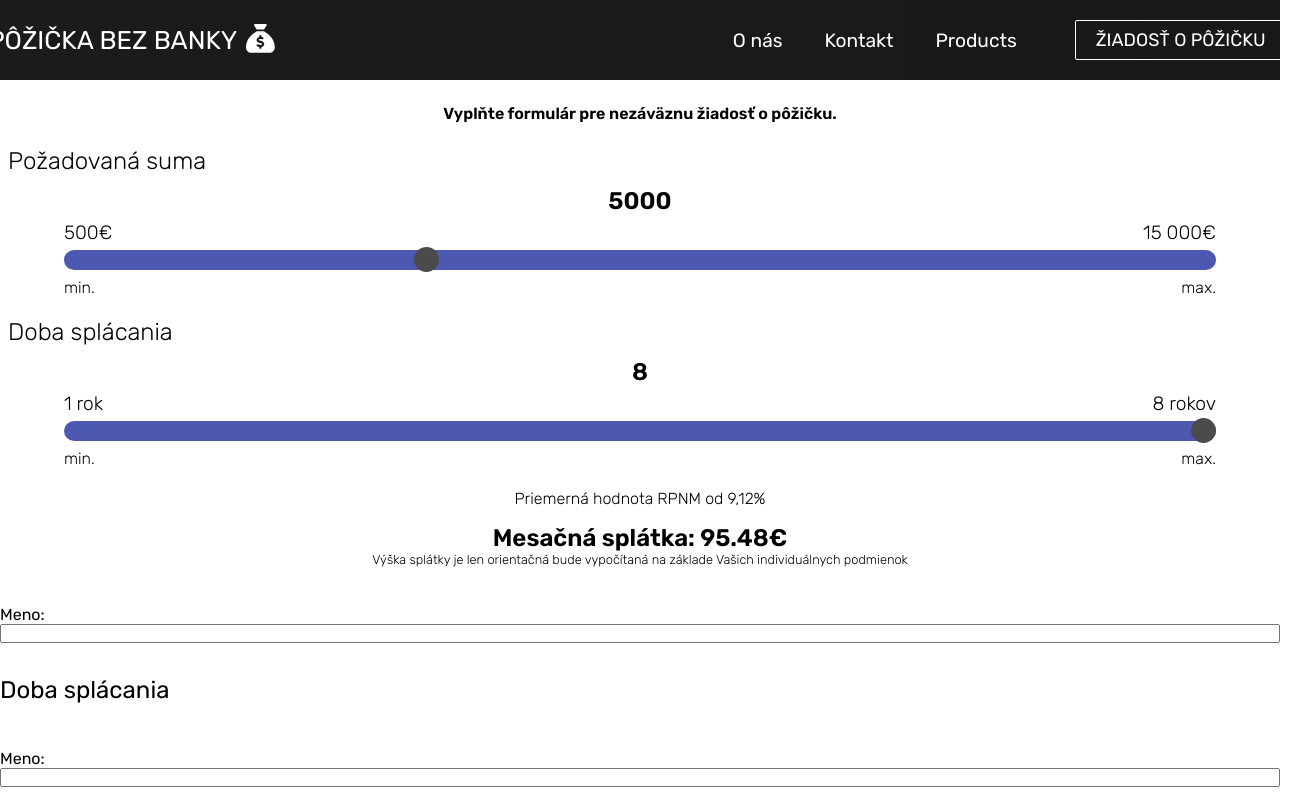
Repository: steve-lgtm/React-website-pozickabezbanky
Page: /ziadost
An editor plug-in stored every save of this project. The page is shown before and after a run of saves, followed by the edit.
The browser window is 1280 px wide. The page is 1305 px wide, so the pictures cover 1305 px, including what lies to the right of the window. The pictures show the whole page.
Some web libraries are served in a nearby version. The project was rebuilt for these pictures with package versions that can differ from the ones it lists, and the page was loaded fresh each time. Also part of the build but not shown: src/components/pages/Home.js, src/components/pages/Kontakt.js, src/components/pages/Products.js.

Above is the page before, as saved 2022-07-09 00:03:16.

### src/App.js
import React from 'react';
import Navbar from './components/Navbar';
import './App.css';
import Home from './components/pages/Home.js';
import { BrowserRouter as Router, Routes, Route } from 'react-router-dom';
import Kontakt from './components/pages/Kontakt';
import Products from './components/pages/Products';
import Ziadost from './components/pages/Ziadost';
import { library } from '@fortawesome/fontawesome-svg-core'
import { fas } from '@fortawesome/free-solid-svg-icons'


library.add(fas)


function App() {
  return (
      <Router>
        <Navbar />
        <Routes>
          <Route path='/' exact element={<Home />} />
          <Route path='/kontakt' element={<Kontakt/>} />
          <Route path='/products' element={<Products/>} />
          <Route path='/ziadost' element={<Ziadost/>} />
        </Routes>
      </Router>
  );
}

export default App;

### src/components/Navbar.js
import React, { useState, useEffect } from 'react';
import { Button } from './Button';
import { Link } from 'react-router-dom';
import './Navbar.css';
import { FontAwesomeIcon } from '@fortawesome/react-fontawesome';

function Navbar() {
  const [click, setClick] = useState(false);
  const [button, setButton] = useState(true);

  const handleClick = () => setClick(!click);
  const closeMobileMenu = () => setClick(false);

  const showButton = () => {
    if (window.innerWidth <= 1040) {
      setButton(false);
    } else {
      setButton(true);
    }
  };

  useEffect(() => {
    showButton();
  }, []);

  window.addEventListener('resize', showButton);

  return (
    <>
      <nav className='navbar'>
        <div className='navbar-container'>
          <Link to='/' className='navbar-logo' onClick={closeMobileMenu}>
            PÔŽIČKA BEZ BANKY
           {/* <FontAwesomeIcon icon="fa-solid fa-money-bill-1-wave" className='nav-icon'/> */}
           <FontAwesomeIcon icon="fa-solid fa-sack-dollar" className='nav-icon' />
          </Link>
          <div className='menu-icon' onClick={handleClick}>
            <i className={click ? 'fas fa-times' : 'fas fa-bars'} />
          </div>
          <ul className={click ? 'nav-menu active' : 'nav-menu'}>
            <li className='nav-item'>
              <Link to='/' className='nav-links' onClick={closeMobileMenu}>
                O nás
              </Link>
            </li>
            <li className='nav-item'>
              <Link
                to='/kontakt'
                className='nav-links'
                onClick={closeMobileMenu}
              >
                Kontakt
              </Link>
            </li>
            <li className='nav-item'>
              <Link
                to='/products'
                className='nav-links'
                onClick={closeMobileMenu}
              >
                Products
              </Link>
            </li>

            <li>
              <Link
                to='/ziadost'
                className='nav-links-mobile'
                onClick={closeMobileMenu}
              >
                ŽIADOSŤ O PÔŽIČKU
              </Link>
            </li>
          </ul>
          {button && <Button buttonStyle='btn--outline'>ŽIADOSŤ O PÔŽIČKU</Button>}
        </div>
      </nav>
    </>
  );
}

export default Navbar;

### src/App.css
@import url('https://fonts.googleapis.com/css2?family=Rubik:wght@300;400;600&display=swap');
* {
  box-sizing: border-box;
  margin: 0;
  padding: 0;
  font-family: 'Rubik', sans-serif;



}

.home,
.services,
.products,
.sign-up {
  display: flex;
  height: 89vh;
  align-items: center;
  justify-content: center;
  font-size: 3rem;
}

.services {
  background-color: blue;
  background-size: cover;
  background-repeat: no-repeat;
  color: rgb(0, 0, 0);
  font-size: 20px;
}

.products {
  background-color: blue;
  background-position: center;
  background-size: cover;
  background-repeat: no-repeat;
  color: #fff;
  font-size: 100 rem;
}

.sign-up {
  background-position: center;
  background-size: cover;
  background-repeat: no-repeat;
  color: rgb(0, 0, 0);
  font-size: 100px;
}
.home {
  background-position: center;
  background-size: cover;
  background-repeat: no-repeat;
  color: rgb(0, 0, 0);
  font-size: 100px;
}

### src/components/pages/Ziadost.js
import React from 'react';
import '../../App.css';
import './Ziadost.css'
import { useState } from 'react';
import { useFormik} from 'formik'

function PMT(ir, np, pv, fv, type) {

  //  * ir   - interest rate per month
  //  * np   - number of periods (months)
   // * pv   - present value
   // * fv   - future value
  //  * type - when the payments are due:
 //   *        0: end of the period, e.g. end of month (default)
  //  *        1: beginning of period

   var pmt, pvif;

   fv || (fv = 0);
   type || (type = 0);

   if (ir === 0)
       return -(pv + fv)/np;

   pvif = Math.pow(1 + ir, np);
   pmt = - ir * pv * (pvif + fv) / (pvif - 1);

   if (type === 1)
       pmt /= (1 + ir);


   return pmt;}

export default function Ziadost() {
  const [mounthAmount, setMounthAmount] = useState(95.48);
  const formik =  useFormik({
    initialValues: {
      amount: 5000,
      period: 8
    }
  });

 const changeAmount = (e) => {
  let urk_sdz = 0.1834;
  if(e.target.name==='amount'){
    let urk_sdz = 0.1834;
    if ( formik.values.period===1) urk_sdz = 0.3910;
    if ( formik.values.period>1 && formik.values.period<6 ) urk_sdz = 0.2098; //0.22;
    if ( formik.values.period>5 && formik.values.period<9 ) urk_sdz = 0.1834;
    let finalAmount = Math.round(PMT(Math.pow((1+urk_sdz),1/12)-1,(formik.values.period*12),-1*e.target.value)*100) /100;
  setMounthAmount(finalAmount)}

  if(e.target.name==='period'){
    if ( e.target.value===1) urk_sdz = 0.3910;
    if ( e.target.value>1 && e.target.value<6 ) urk_sdz = 0.2098; //0.22;
    if ( e.target.value>5 && e.target.value<9 ) urk_sdz = 0.1834;
    let finalAmount = Math.round(PMT(Math.pow((1+urk_sdz),1/12)-1,(e.target.value*12),-1*formik.values.amount)*100) /100;
    setMounthAmount(finalAmount)}
  };
  return (
    <>
      <h1 className='header-form'>
          Vyplňte formulár pre nezáväznu žiadosť o pôžičku.
        </h1>
      <form>
      <div className='container-form'>
        <div className='section-name'>Požadovaná suma</div>
            <h2>{formik.values.amount}</h2>
            <div className="containerslider">
                <div className="pullleft" style={{fontSize:"1.2rem"}}>
                    500€
                </div>
                <div className="pullright" style={{fontSize:"1.2rem"}}>
                    15 000€
                </div>
            <input type="range" name="amount" step="100" min="500" max="15000" onChange={(e) =>{formik.handleChange(e); changeAmount(e)}} value={formik.values.amount} className="slider" id="suma"/>
            <div className="pullleft" style={{fontSize: "1rem"}}>
                min.
            </div>
            <div className="pullright" style={{fontSize: "1rem"}}>
                max.
            </div>
            </div>

       <div className='section-name'>Doba splácania</div>
       <h2>{formik.values.period}</h2>
            <div className="containerslider">
                <div className="pullleft" style={{fontSize:"1.2rem"}}>
                    1 rok
                </div>
                <div className="pullright" style={{fontSize:"1.2rem"}}>
                    8 rokov
                </div>
            <input type="range" name="period" step="1" min="1" max="8" onChange={(e) => {formik.handleChange(e); changeAmount(e)}} value={formik.values.period} className="slider" id="doba"/>
            <div className="pullleft" style={{fontSize: "1rem"}}>
                min.
            </div>
            <div className="pullright" style={{fontSize: "1rem"}}>
                max.
            </div>
            </div>
            <div className="info">
        Priemerná hodnota RPNM od 9,12%
        </div>
        <h2> Mesačná splátka: {mounthAmount}€</h2>
        <div className="info2">
            Výška splátky je len orientačná bude vypočítaná na základe Vašich individuálnych podmienok
        </div>
            </div>
          <div className='personal-data'>
            <div className='personal-data-field'>
          <label for="nameElm">Meno:</label>
      <input required type="text" name="Meno" id="nameid" size="15" maxlength="50" oninvalid="alert('Vyplňte meno!');"/>
      </div>
      <div className='section-name'>Doba splácania</div>
      <div className='personal-data-field'>
      <label for="nameElm">Meno:</label>
      <input required type="text" name="Meno" id="nameid" size="15" maxlength="50" oninvalid="alert('Vyplňte meno!');"/>
            </div>
            </div>
      </form>

    </>
  );
}

### src/components/Button.js
// import React from 'react';
// import './Button.css';
// import { Link } from 'react-router-dom';

// export function Button() {
//   return (
//     <Link to='sign-up'>
//       <button className='btn'>Sign Up</button>
//     </Link>
//   );
// }

import React from 'react';
import './Button.css';
import { Link } from 'react-router-dom';

const STYLES = ['btn--primary', 'btn--outline', 'btn--test'];

const SIZES = ['btn--medium', 'btn--large'];

export const Button = ({
  children,
  type,
  onClick,
  buttonStyle,
  buttonSize
}) => {
  const checkButtonStyle = STYLES.includes(buttonStyle)
    ? buttonStyle
    : STYLES[0];

  const checkButtonSize = SIZES.includes(buttonSize) ? buttonSize : SIZES[0];

  return (
    <Link to='/ziadost' className='btn-mobile'>
      <button
        className={`btn ${checkButtonStyle} ${checkButtonSize}`}
        onClick={onClick}
        type={type}
      >
        {children}
      </button>
    </Link>
  );
};

### src/components/Navbar.css
.navbar {
    background: linear-gradient(90deg, rgb(28, 27, 27) 0%, rgb(26, 23, 23) 100%);
    height: 80px;
    display: flex;
    justify-content: center;
    align-items: center;
    font-size: 1.2rem;
    position: sticky;
    top: 0;
    z-index: 999;
    font-weight: 400;
    white-space: nowrap;
  }

  .navbar-container {
    display: flex;
    justify-content: center;
    align-items: center;
    height: 80px;
    max-width: 1500px;
  }

  .navbar-logo {
    color: #fff;
    justify-self: start;
    margin-left: 0.5em;
    cursor: pointer;
    text-decoration: none;
    font-size: 1.6rem;
    display: flex;
    align-items: center;

  }

  .nav-icon {
    margin-left: 0.3em;
    margin-bottom: 0.1em;
    font-size: 1.8rem;
  }

  .nav-menu {
    display: grid;
    grid-template-columns: repeat(4, auto);
    grid-gap: 10px;
    list-style: none;
    text-align: center;
    width: 60vw;
    justify-content: end;
    margin-right: 2rem;
  }

  .nav-item {
    height: 3.5em;
  }

  .nav-links {
    color: #fff;
    display: flex;
    align-items: center;
    text-decoration: none;
    padding: 0.5rem 1rem;
    height: 100%;
  }

  .nav-links:hover {
    border-bottom: 4px solid #fff;
    transition: all 0.2s ease-out;
  }

  .fa-bars {
    color: rgb(255, 255, 255);
  }

  .nav-links-mobile {
    display: none;
  }

  .menu-icon {
    display: none;
  }

  @media screen and (max-width: 1040px) {
    .NavbarItems {
      position: relative;
    }

    .nav-menu {
      display: flex;
      flex-direction: column;
      justify-content: flex-start;
      width: 100%;
      height: 100vh;
      position: absolute;
      top: 80px;
      left: -100%;
      opacity: 1;
      transition: all 0.5s ease;
    }

    .nav-menu.active {
      background: #242222;
      left: 0;
      opacity: 1;
      transition: all 0.5s ease;
      z-index: 1;
    }

    .nav-links {
      font-size: 1.5rem;
      text-align: center;
      padding: 2rem;
      width: 100%;
      display: table;
    }

    .nav-links:hover {
      background-color: #fff;
      color: #242424;
      border-radius: 0;
    }

    .navbar-logo {
      float: left;}

    .navbar {
      justify-content: flex-start;
    }
    .navbar-container {
      float: left;
    }
    .menu-icon {
      display: block;
      position: absolute;
      top: 0;
      right: 0;
      transform: translate(-100%, 60%);
      font-size: 1.8rem;
      cursor: pointer;
    }

    .fa-times {
      color: #fff;
      font-size: 2rem;
    }

    .nav-links-mobile {
      display: block;
      text-align: center;
      margin: 2rem auto;
      border-radius: 4px;
      width: 80%;
      text-decoration: none;
      font-size: 1.5rem;
      background-color: transparent;
      color: #fff;
      padding: 14px 20px;
      border: 1px solid #fff;
      transition: all 0.3s ease-out;
    }

    .nav-links-mobile:hover {
      background: #fff;
      color: #242424;
      transition: 250ms;
    }
  }

### src/components/pages/Ziadost.css

.container-form {
margin: 0.5em;
display: flex;
flex-direction: column;
align-items: center;
font-weight: 300;
}
.pullleft{
    margin-top:0.3em;
    margin-bottom: 0.3em;
    float: left;

}
.pullright{
    margin-top:0.3em;
    margin-bottom: 0.3em;
    float: right;
}

.containerslider {
    width: 90vw;
    margin-bottom: 1em;
}
.header-form {
    text-align: center;
    font-size: 1rem;
    padding: 1em;
    padding-top: 1.5em;
}
.info{
    font-size: 1rem;
    color:black;
    text-align: center;
    margin-bottom: 1em;
}
.info2{
    font-size: 0.8rem;
    color:black;
    text-align: center;
    margin-bottom: 1em;
}
.slider {
    -webkit-appearance: none;
    width: 100%;
    height: 20px;
    background: #021391;
    outline: none;
    opacity: 0.7;
    -webkit-transition: .2s;
    transition: opacity .2s;
    border-radius: 1em;

  }
.section-name {
    align-self: flex-start;
    font-size: 1.5em;
    margin-bottom: 0.5em;
}

  .slider::-webkit-slider-thumb {
    -webkit-appearance: none;
    appearance: none;
    width: 25px;
    height: 25px;
    background: #000000;
    cursor: pointer;
    border-radius: 40px;
  }

  .slider::-moz-range-thumb {
    width: 25px;
    height: 25px;
    background: #000000;
    cursor: pointer;
  }
.arrow{
    width: 70px;
    margin-bottom: -1em;
}

.personal-data{
    display: flex;
    flex-direction: column;
    justify-content:space-around;
    height: 30vh;
}
.personal-data-field{
    display: flex;
    flex-direction: column;

}

### src/components/Button.css
:root {
  --primary: #fff;
}

.btn {
  padding: 8px 20px;
  border-radius: 2px;
  outline: none;
  border: none;
  cursor: pointer;
}

.btn--primary {
  background-color: var(--primary);
  color: #242424;
  border: 1px solid var(--primary);
}

.btn--outline {
  background-color: transparent;
  color: #fff;
  padding: 8px 20px;
  border: 1px solid var(--primary);
  transition: all 0.3s ease-out;
}

.btn--medium {
  margin-right: 1em;
  padding: 8px 20px;
  font-size: 18px;
}

.btn--large {
  padding: 12px 26px;
  font-size: 20px;
}

.btn--large:hover,
.btn--medium:hover {
  transition: all 0.3s ease-out;
  background: #fff;
  color: #242424;
  transition: 250ms;
}

Loaded but not shown: public/index.html (common file); src/index.js (common file); src/index.css (common file)

After the next 2 saves:
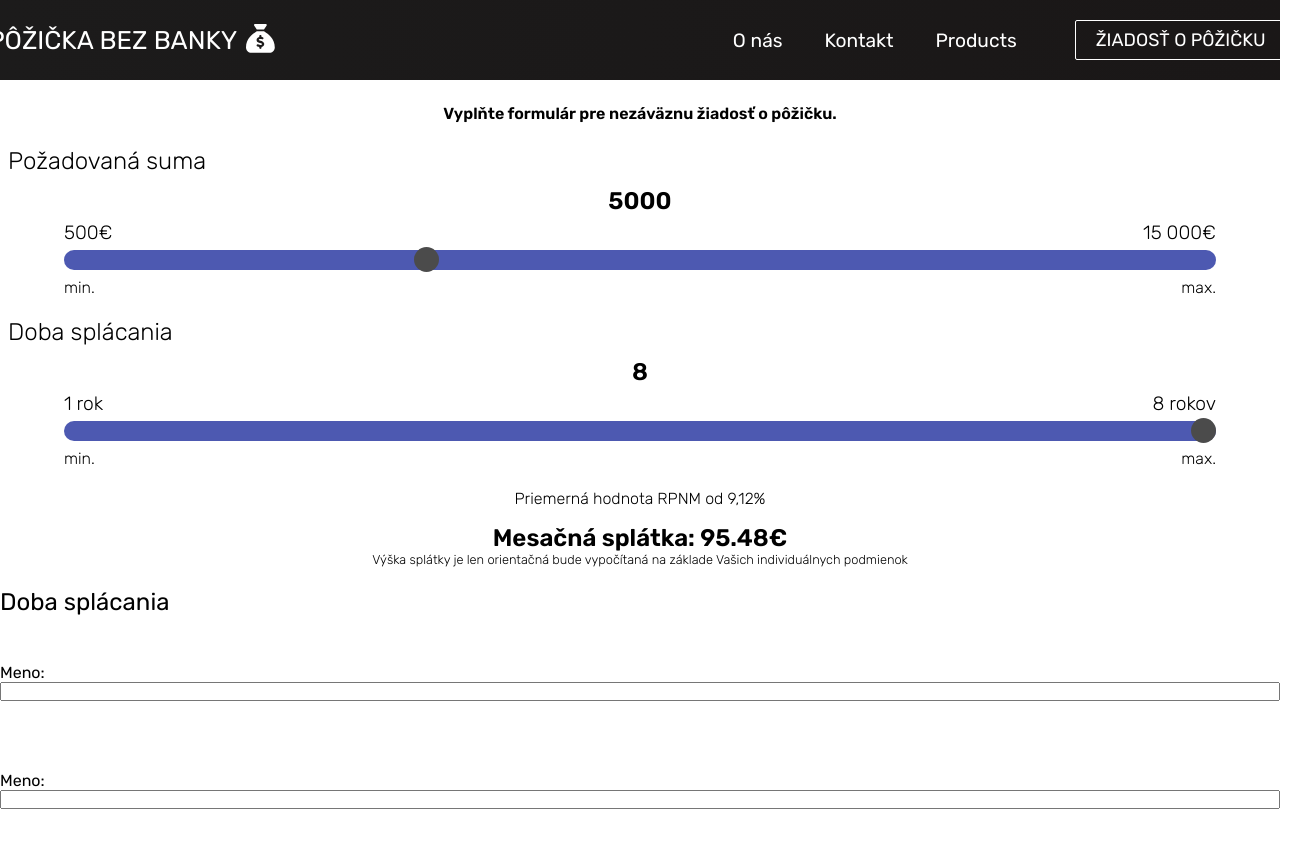
The 2 saves are shown as one change because they came seconds apart.
The last was saved 11 s later.
--- a/src/components/pages/Ziadost.js
+++ b/src/components/pages/Ziadost.js
@@ -107,12 +107,12 @@ export default function Ziadost() {
             Výška splátky je len orientačná bude vypočítaná na základe Vašich individuálnych podmienok
         </div>
             </div>
+            <div className='section-name'>Doba splácania</div>
           <div className='personal-data'>
             <div className='personal-data-field'>
           <label for="nameElm">Meno:</label>
       <input required type="text" name="Meno" id="nameid" size="15" maxlength="50" oninvalid="alert('Vyplňte meno!');"/>
       </div>
-      <div className='section-name'>Doba splácania</div>
       <div className='personal-data-field'>
       <label for="nameElm">Meno:</label>
       <input required type="text" name="Meno" id="nameid" size="15" maxlength="50" oninvalid="alert('Vyplňte meno!');"/>
